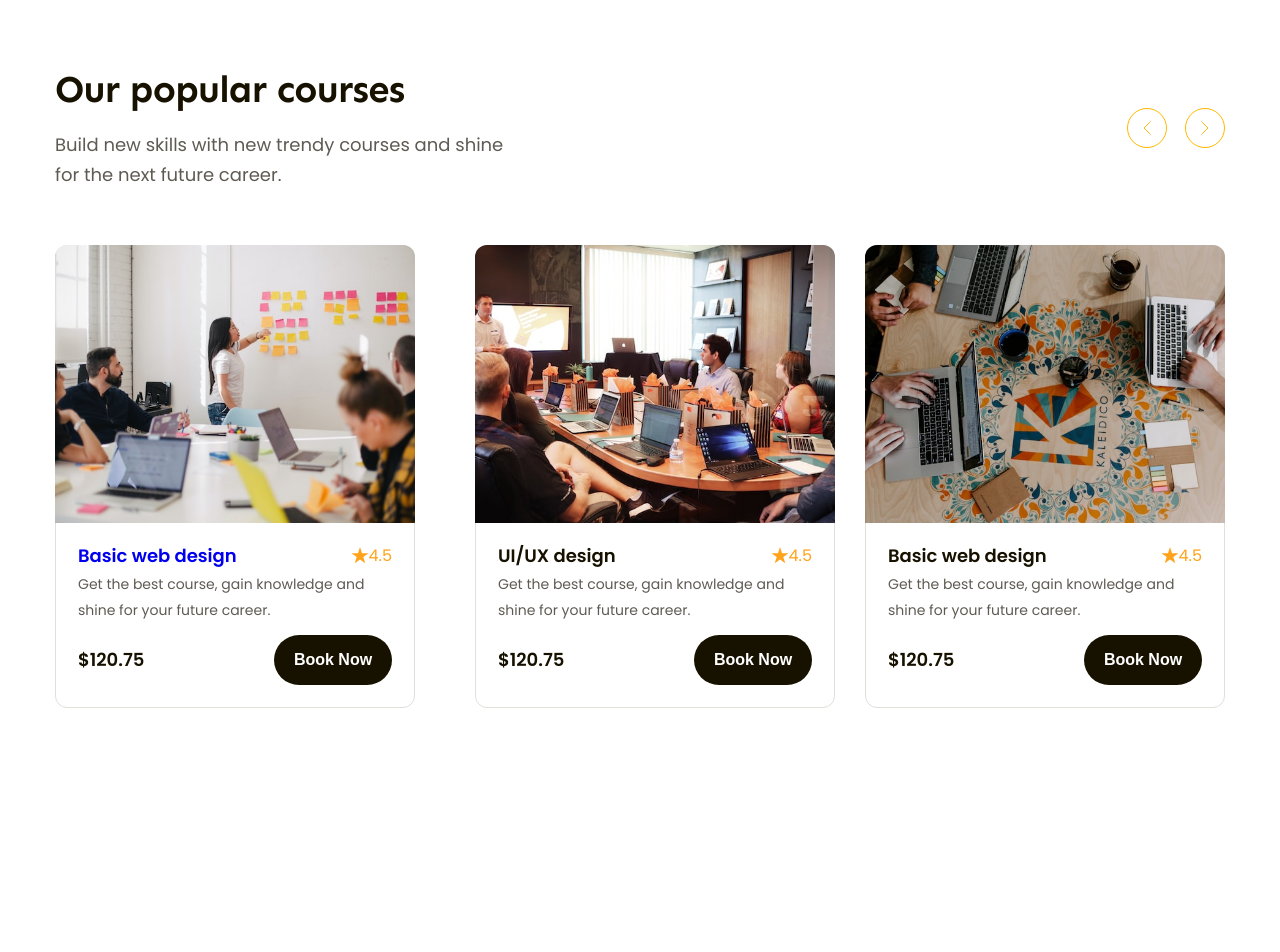
Repository: ynguyen1512/htmlcss-project-02
Page: index.html
The author's editor kept a copy of each file at every save. The page is drawn from the files as they stood at one save, then again after the next save.
The browser window is 1280 px wide. The pictures show the part of the page from y = 1034 to 1986 px (the page is 5000 px tall).
A picture or video elsewhere on the page could not be fetched, so the positions and the page height are approximate.

Above is the page before, as saved 2023-02-20 23:07:44.

### index.html
<!DOCTYPE html>
<html lang="en">
<head>
    <meta charset="UTF-8">
    <meta http-equiv="X-UA-Compatible" content="IE=edge">
    <meta name="viewport" content="width=device-width, initial-scale=1.0">
    <title>F8 Project 02</title>
    <!-- Reset CSS -->
    <link rel="stylesheet" href="./assets/css/reset.css">
    <!-- Embed fonts -->
    <link rel="preconnect" href="https://fonts.googleapis.com">
    <link rel="preconnect" href="https://fonts.gstatic.com" crossorigin>
    <link href="https://fonts.googleapis.com/css2?family=Poppins:ital,wght@0,400;0,500;0,600;0,700;1,400&family=Sen:wght@700&display=swap" rel="stylesheet">
    <!-- Styles -->
    <link rel="stylesheet" href="./assets/css/style.css">
</head>
<body>
    <main style="height: 5000px;">
        <!-- Header -->
        <header class="header fixed">
            <div class=" main-content">
                <di class="body">
                    <!-- Logo -->
                    <a href="#">
                        <img src="./assets/img/logo.png" alt="Lesson." class="logo">
                    </a>
                    <!-- Navigation -->
                    <nav class="nav">
                        <ul>
                            <li class="active"><a href="#!">Home</a></li>
                            <li><a href="#!">Courses</a></li>
                            <li><a href="#!">Pricing</a></li>
                            <li><a href="#!">Reviews</a></li>
                        </ul>
                    </nav>

                    <!-- Action -->
                    <div class="action">
                        <a href="" class="btn sign-up-btn">Sign Up</a>
                    </div>
                </di >
            </div>
        </header>

        <!-- Hero -->
        <div class="hero">
            <div class="main-content">
                <div class="body">
                    <!-- Hero-left -->
                    <div class="media-block">
                        <img src="./assets/img/hero-img.jpg"
                        alt="Learn without limits and spread knowledge." class="img">

                        <div class="hero-summary">
                            <div class="item">
                                <div class="icon">
                                    <img src="./assets/icons/list.svg" alt="">
                                </div>
                                <div class="info">
                                    <p class="label">20 Courses</p>
                                    <p class="title">UI/UX Design</p>
                                </div>
                            </div>
                            <div class="item">
                                <div class="icon">
                                    <img src="./assets/icons/code.svg" alt="">
                                </div>
                                <div class="info">
                                    <p class="label">20 Courses</p>
                                    <p class="title">Development</p>
                                </div>
                            </div>
                            <div class="item">
                                <div class="icon">
                                    <img src="./assets/icons/speaker.svg" alt="">
                                </div>
                                <div class="info">
                                    <p class="label">30 Courses</p>
                                    <p class="title">Marketing</p>
                                </div>
                            </div>
                        </div>
                    </div>
                    <!-- Hero right -->
                    <div class="content-block">
                        <h1 class="heading lv1">Learn without limits and spread knowledge.</h1>
                        <p class="desc">Build new skills for that “this is my year” feeling with courses, certificates, and degrees from world-class
                             universities and companies.</p>
                        <div class="cta-group">
                            <a href="" class="btn hero-cta">See Courses</a>
                            <button class="watch-video">
                                <div class="icon">
                                    <img src="./assets/icons/play.svg" alt="">
                                </div>
                                <span>Watch Video</span>
                            </button>
                        </div>
                        <p class="desc">Recent engagement</p>
                        <p class="desc stats">
                            <strong>50K</strong> Students
                            <strong>70+</strong> Courses
                        </p>
                    </div>
                </div>
            </div>
        </div>

        <!-- Popular -->
        <div class="popular">
            <div class="main-content">
                <div class="popular-top">
                    <div class="info">
                        <h2 class="heading lv2">Our popular courses</h2>
                        <p class="desc">
                            Build new skills with new trendy
                            courses and shine for the next future career.</p>
                    </div>
                    <div class="controls">
                        <button class="control-btn">
                            <svg width="8" height="14" viewBox="0 0 8 14" fill="none" xmlns="http://www.w3.org/2000/svg">
                                <path d="M7 1L1 7L7 13" stroke="currentColor" stroke-linecap="round" stroke-linejoin="round"/>
                                </svg>
                        </button>
                        <button class="control-btn">
                            <svg width="8" height="14" viewBox="0 0 8 14" fill="none" xmlns="http://www.w3.org/2000/svg">
                                <path d="M1 1L7 7L1 13" stroke="currentColor" stroke-linecap="round" stroke-linejoin="round"/>
                                </svg>
                        </button>
                    </div>
                </div>

                <div class="course-list">
                    <!-- Course item 1-->
                    <div class="course-item">
                        <a href="#!">
                            <img src="./assets/img/course-1.jpg"
                            alt="Basic web design"
                            class="thumb">
                        </a>
                        <div class="info">
                            <div class="head">
                                <h3 class="title"><a href="#!">Basic web design<a></h3>
                                <div class="rating">
                                    <img src="./assets/icons/star.svg" alt="Star" class="star">
                                    <span class="value">4.5</span>
                                </div>
                            </div>
                            <p class="desc">
                                Get the best course, gain knowledge and shine for your
                                future career.
                            </p>
                            <div class="foot">
                                <span class="price">$120.75</span>
                                <button class="btn book-btn">Book Now</button>
                            </div>
                        </div>
                    </div>
                    <!-- Course item 2-->
                    <div class="course-item">
                        <a href="#!">
                            <img src="./assets/img/course-2.jpg"
                            alt="UI/UX design"
                            class="thumb">
                        </a>
                        <div class="info">
                            <div class="head">
                                <h3 class="title">UI/UX design</h3>
                                <div class="rating">
                                    <img src="./assets/icons/star.svg" alt="Star" class="star">
                                    <span class="value">4.5</span>
                                </div>
                            </div>
                            <p class="desc">
                                Get the best course, gain knowledge and shine for your
                                future career.
                            </p>
                            <div class="foot">
                                <span class="price">$120.75</span>
                                <button class="btn book-btn">Book Now</button>
                            </div>
                        </div>
                    </div>
                    <!-- Course item 3-->
                    <div class="course-item">
                        <a href="#!">
                            <img src="./assets/img/course-3.jpg"
                            alt="Web App design"
                            class="thumb">
                        </a>
                        <div class="info">
                            <div class="head">
                                <h3 class="title">Basic web design</h3>
                                <div class="rating">
                                    <img src="./assets/icons/star.svg" alt="Star" class="star">
                                    <span class="value">4.5</span>
                                </div>
                            </div>
                            <p class="desc">
                                Get the best course, gain knowledge and shine for your
                                future career.
                            </p>
                            <div class="foot">
                                <span class="price">$120.75</span>
                                <button class="btn book-btn">Book Now</button>
                            </div>
                        </div>
                    </div>
                </div>
            </div>
        </div>
    </main>

    <footer>

    </footer>
</body>
</html>

### assets/css/style.css
* {
    box-sizing: border-box;
}

:root {
    --primary-color:#FFB900;
    --font-heading: Sen, sans-serif;
}

html, body {
    scroll-behavior: smooth;
}

html {
    font-size: 62.5%;
}

body {
    font-size: 1.6rem;
    font-family: 'Poppins', 'sans-serif';
}

/* Common */
.main-content {
    width: 1170px;
    max-width: calc(100% - 48px);
    margin-left: auto;
    margin-right: auto;
}


.heading {
    font-family: var(--font-heading);
    font-weight: 700;
    letter-spacing: -0.02em;
    color: #171100;
}

.heading.lv1 {
    font-size: 5.8rem;
    line-height: 1.17;
}

.heading.lv2 {
    font-size: 3.8rem;
    line-height: 1.26;
}

a {
    text-decoration: none;
}

.btn {
    display: inline-block;
    min-width: 118px;
    padding: 0 16px;
    line-height: 50px;
    font-weight: 600;
    font-size: 16px;
    text-align: center;
    color: #FFFFFF;
    background: #171100;
    border-radius: 999px;
    cursor: pointer;
}

.btn:hover {
    opacity: 0.9;
}

/* Header */
.header {
    background-color: #FFFCF4;
}

.header.fixed {
    position: sticky;
    top: -28px;
    z-index: 1;
}

.header .body {
    display: flex;
    align-items: center;
    padding: 36px 0 8px;
}

.nav {
    margin-left: auto;
}

.nav ul {
    display: flex;
}

.nav a {
    position: relative;
    padding: 8px 21px;
    font-size: 1.6rem;
    color: #5F5B53;
}

.nav a:hover,
.nav li.active a {
    /* font-weight: 600; */
    text-shadow: 1px 0 0 currentColor;
    color: #171100;
}

.nav li.active a::after {
    position: absolute;
    left: 21px;
    content: "";
    bottom: 6px;
    display: block;
    width: 12px;
    height: 2px;
    background: #171100;
    border-radius: 1px;
}

.header .sign-up-btn {
    min-width: 144px;
}

/* Hero */
.hero {
    padding: 56px 0 65px;
    background: #FFFCF4;
}

.hero .body {
    display: flex;
}

/* Hero left */
.hero .media-block {
    position: relative;
    width: 48%;
}


.hero .media-block .img {
    width: 470px;
    height: 685px;
    object-fit: cover;
    border-radius: 20px;
    vertical-align: bottom;
}

.hero-summary {
    position: absolute;
    right: 0;
    bottom: 48px;
    width: 270px;
    padding: 24px;
    background: #FFFFFF;
    box-shadow: 0px 16px 32px rgba(0, 0, 0, 0.05);
    border-radius: 12px;

}

.hero-summary .item {
    display: flex;
    align-items: center;
}

.hero-summary .item + .item {
    margin-top: 22px;
}


.hero-summary .icon {
    width: 48px;
    height: 48px;
    border-radius: 50%;
    display: flex;
    align-items: center;
    justify-content: center;
    background: #FFF9E8;
}

.hero-summary .item:nth-of-type(2) .icon {
    background: #FCEFFF;
}

.hero-summary .item:nth-of-type(3) .icon {
    background: #EBEAFF;
}

.hero-summary .info {
    margin-left: 16px;
}

.hero-summary .label {
    font-size: 1.4rem;
    line-height: 1.86;
    color: #5F5B53;
}

.hero-summary .title {
    font-weight: 600;
    font-size: 1.8rem;
    line-height: 1.67;
    color: #171100;
}
/* Hero right */
.hero .content-block {
    width: 52%;
    padding: 64px 0 0 130px;
}


.hero .desc {
    margin-top: 22px;
    font-weight: 400;
    font-size: 1.8rem;
    line-height: 1.67;
    color: #5F5B53;
}

.hero .cta-group {
    margin: 38px 0 48px;
    display: flex;
    align-items: center;
}

.hero-cta {
    min-width: 180px;
    background: var(--primary-color);
    line-height: 64px;
    border-radius: 32px;
}

.hero .watch-video {
    border: none;
    background-color: transparent;
    display: flex;
    margin-left: 28px;
    align-items: center;
    cursor: pointer;
}

.hero .watch-video .icon {
    display: flex;
    align-items: center;
    justify-content: center;
    width: 40px;
    height: 40px;
    border-radius: 50%;
    background: #FFFFFF;
    box-shadow: 0px 8px 16px rgba(0, 0, 0, 0.07);
}

.hero .watch-video span {
    margin-left: 14px;
    font-weight: 600;
    font-size: 1.8rem;
    line-height: 1.67;
    color: #171100;
}

.hero .stats {
    margin:8px 0 0 -28px;
}

.hero .stats strong {
    font-family: var(--font-heading);
    font-weight: 700;
    font-size: 4.4rem;
    line-height: 1.23;
    color: #171100;
    padding: 0 8px 0 28px;
}

/* Popular */
.popular {
    padding: 65px 0;
    margin-top: 135px;
}

.popular-top {
    display: flex;
    justify-content: space-between;
    align-items: center;
}

.popular-top .desc {
    margin-top: 16px;
    width: 458px;
    font-size: 1.8rem;
    line-height: 1.67;
    color: #5F5B53;
}

.popular-top .controls {
    display: flex;
    gap: 18px;
}

.popular-top .control-btn {
    display: flex;
    align-items: center;
    justify-content: center;
    width: 40px;
    height: 40px;
    border-radius: 50%;
    color: var(--primary-color);
    border: 1px solid var(--primary-color);
    background: transparent;
}

.popular-top .control-btn:hover {
    background: var(--primary-color);
    color: #FFF;
    cursor: pointer;
}

.popular .course-list {
    margin-top: 55px;
    display: flex;
    gap: 30px;
}

.popular .course-item {
    flex: 1;
    background: #FFFFFF;
    border: 1px solid #E2DFDA;
    border-radius: 12px;
}

.popular .course-item:hover {
    box-shadow: 0px 18px 36px rgba(0, 0, 0, 0.05);
    border-color: transparent;
}

.popular .course-item .thumb {
    margin: -1px;
    width: calc(100% + 2px);
    height: 278px;
    object-fit: cover;
    border-radius: 12px 12px 0px 0px;
}

.popular .course-item .info {
    padding: 16px 22px 22px;
}

.popular .course-item .foot,
.popular .course-item .rating,
.popular .course-item .head {
    display: flex;
    align-items: center;
    justify-content: space-between;
}

.popular .course-item .title {
    font-weight: 600;
    font-size: 1.8rem;
    line-height: 1.67;
    color: #171100;
}

.popular .rating .value {
    font-weight: 400;
    font-size: 1.6rem;
    line-height: 1.75;
    color: #FEA31B;
}

.popular .course-item .desc {
    font-weight: 400;
    font-size: 1.4rem;
    line-height: 1.86;
    color: #5F5B53;
}

.popular .course-item .foot {
    margin-top: 12px;
}

.popular .foot .price {
    font-weight: 600;
    font-size: 1.8rem;
    line-height: 1.67;
    color: #171100;
}

.popular .course-item .book-btn {
    border: none;
}

.popular .course-item .book-btn:hover {
    color: #fff;
    background: var(--primary-color);
}

Loaded but not shown: assets/css/reset.css (common file)

After the next save:
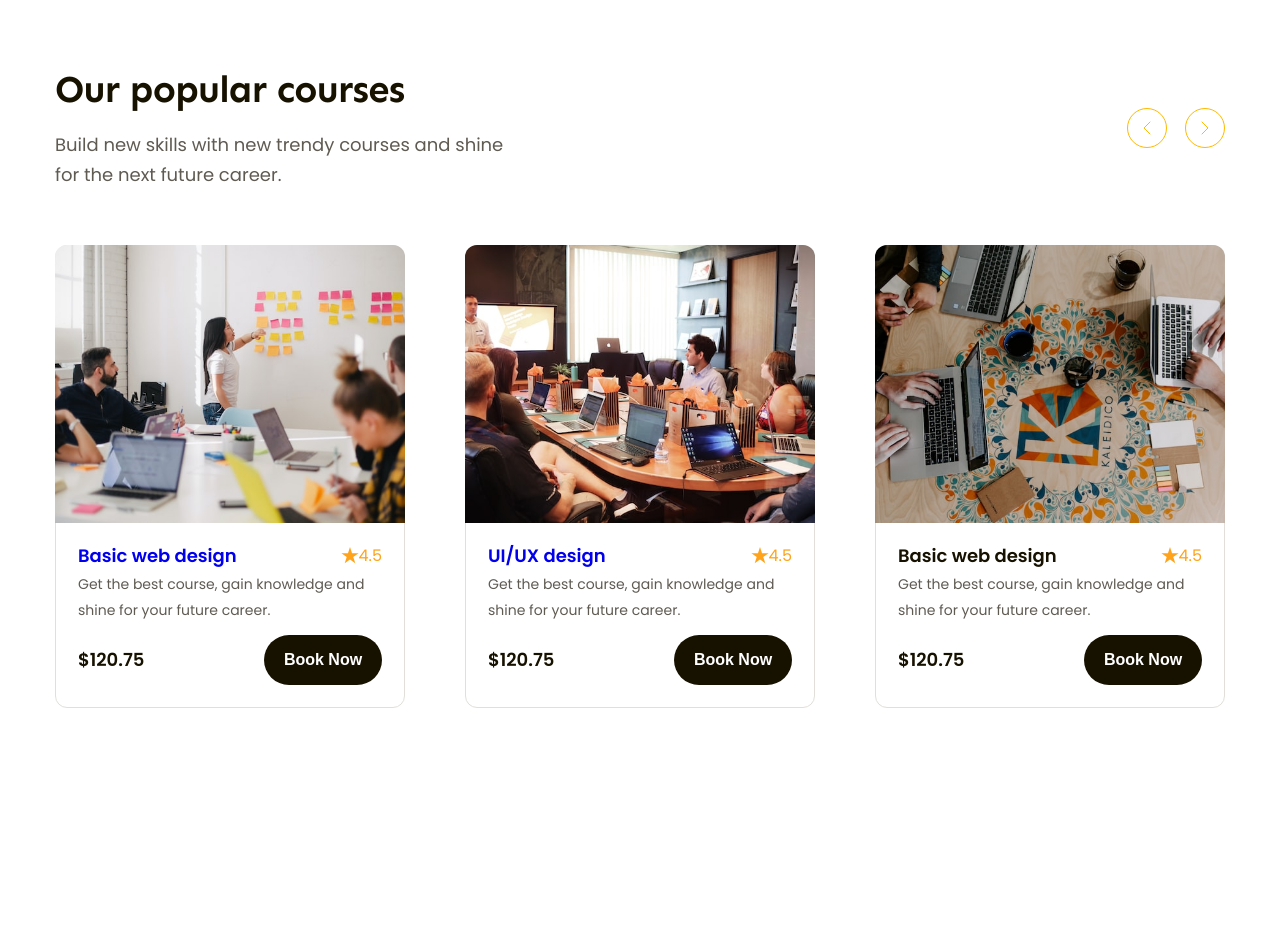
Saved 23 s later.
--- a/index.html
+++ b/index.html
@@ -164,7 +164,7 @@
                         </a>
                         <div class="info">
                             <div class="head">
-                                <h3 class="title">UI/UX design</h3>
+                                <h3 class="title"><a href="#!">UI/UX design<a></h3>
                                 <div class="rating">
                                     <img src="./assets/icons/star.svg" alt="Star" class="star">
                                     <span class="value">4.5</span>
